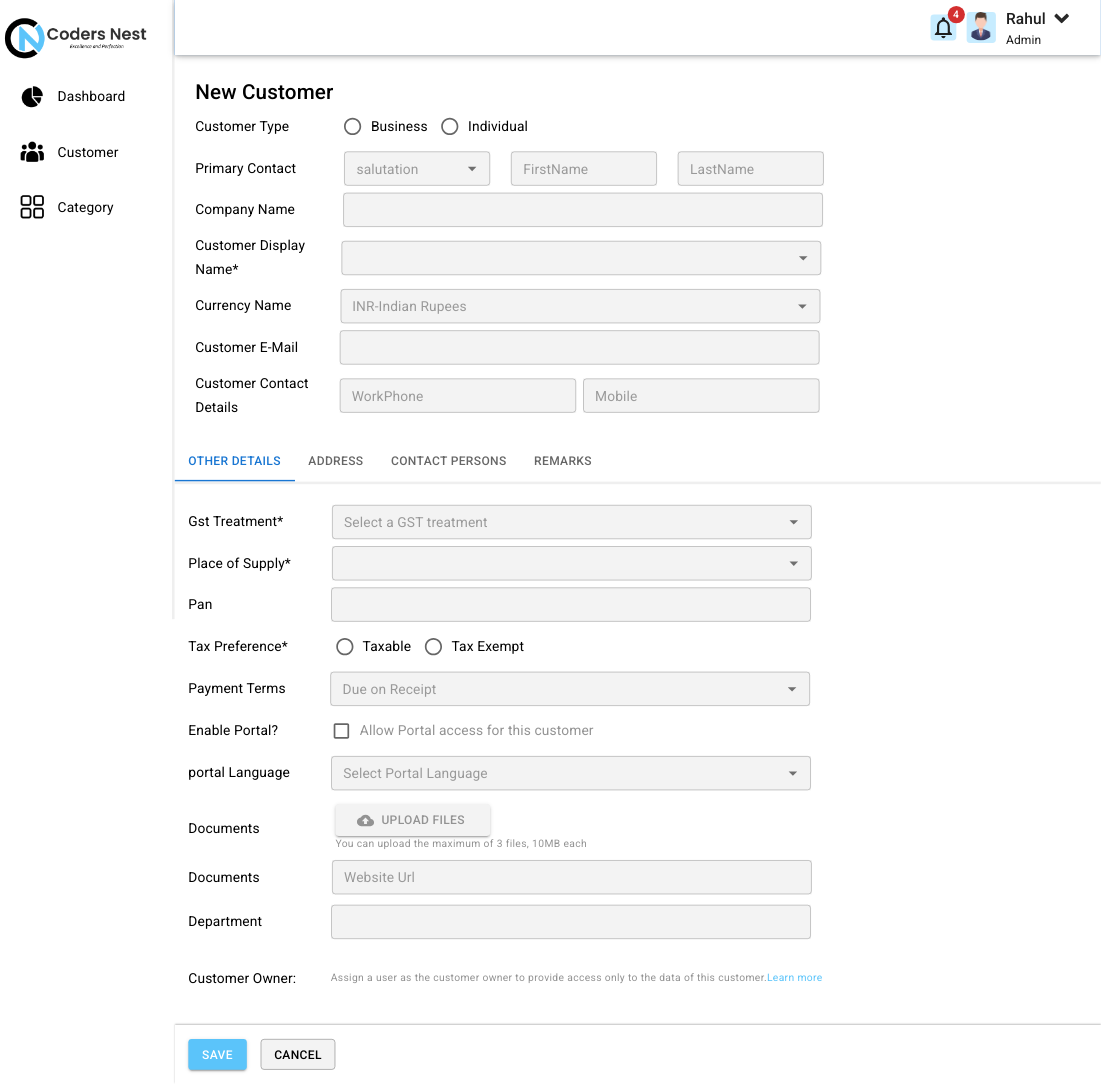
Repository: wajahadalishaik04/CN_Books
Page: /newcustomer
An editor plug-in stored every save of this project. The page is shown before and after the next save, followed by the edit.
The browser window is 1280 px wide. The pictures show the whole page, at 86% of full size.
The project was rebuilt for these pictures with package versions that can differ from the ones it lists, and the page was loaded fresh each time. Also part of the build but not shown: vite.config.js, src/pages/LoginScreen.jsx, src/pages/Signin.jsx, src/pages/OtpScreen.jsx, src/pages/SignUp.jsx, src/pages/VerifyScreen.jsx, src/components/Content.jsx, src/pages/DashboardScreen.jsx and 4 more.

Above is the page before, as saved 2024-09-19 11:08:33.

### index.html
<!DOCTYPE html>
<html lang="en">
  <head>
    <meta charset="UTF-8" />
    <link rel="preconnect" href="https://fonts.googleapis.com" />
    <link rel="preconnect" href="https://fonts.gstatic.com" crossorigin />
    <link
      rel="stylesheet"
      href="https://fonts.googleapis.com/css2?family=Roboto:wght@300;400;500;700&display=swap"
    />

    <meta name="viewport" content="width=device-width, initial-scale=1.0" />
    <title>CN_BOOKS</title>
  </head>
  <body>

    <div id="root"></div>
    <script type="module" src="/src/main.jsx"></script>
  </body>
</html>

### src/main.jsx
import { createRoot } from 'react-dom/client'
import App from './App.jsx'
import { Provider } from 'react-redux'
import store from './store/store.js'
import './styles/index.css'
createRoot(document.getElementById('root')).render(
 <Provider store={store}>
   <App />
 </Provider>
)

### src/App.jsx
import React from "react";
import LoginScreen from "./pages/LoginScreen";
import { BrowserRouter, Routes, Route, Navigate } from "react-router-dom";
import Signin from "./pages/Signin";
import { useSelector } from "react-redux";
import OtpScreen from "./pages/OtpScreen";
import SignUp from "./pages/SignUp";
import VerifyScreen from "./pages/VerifyScreen";
import DashboardScreen from "./pages/DashboardScreen";
import SideBar from "./components/SideBar";
import Header from "./components/Header";
import Customer from "./pages/Customer";
import WrapComponent from "./pages/WrapComponent";
import Category from "./pages/Category";
import NewCustomer from "./pages/customerscreens/NewCustomer";

const App = () => {
  const { user } = useSelector((e) => e.userReducer);
  return (
    <>
      <BrowserRouter>
        <Routes>
          <Route element={<WrapComponent />}>
            <Route path="/dashboardscreen" element={<DashboardScreen />} />
            <Route path="/customer" element={<Customer />} />
            <Route path="/category" element={<Category />} />
            <Route path="/newcustomer" element={<NewCustomer />} />

          </Route>
          <Route
            path="/"
            element={<Navigate to={user ? "/signin" : "/LoginScreen"} />}
          />
          <Route
            path="/signin"
            element={user ? <Navigate to={"/dashboardscreen"} /> : <Signin />}
          />
          <Route path="/loginscreen" element={<LoginScreen />} />
          <Route path="/otpscreen" element={<OtpScreen />} />
          <Route path="/signup" element={<SignUp />} />
          <Route path="/verifyscreen" element={<VerifyScreen />} />
        </Routes>
      </BrowserRouter>
    </>
  );
};

export default App;

### src/styles/index.css
*
{
    margin: 0;
    padding: 0;
    border: none;

}

### src/components/SideBar.jsx
import {
  Box,
  List,
  ListItem,
  ListItemButton,
  ListItemIcon,
  ListItemText,
  styled,
} from "@mui/material";
import React from "react";
import { Link } from "react-router-dom";  // Import Link from react-router-dom
import { images } from "../utils/ImgUtils";

const SideBar = () => {
  const StyledListItemButton = styled(ListItemButton)({
    "&:hover .MuiListItemIcon-root": {
      color: "white",
    },
    "&:hover": {
      backgroundColor: "#5BC4FA",
      color: "#fff",
      borderRadius: 8,
    },
    //dashboard white icon
    "&:hover .dashboardicon": {
      content: `url(${images.dashboardwhiteicon})`,
    },
    //customer group white icon
    "&:hover .groupcustomericon": {
      content: `url(${images.groupcustomerwhiteicon})`,
    },
    //category white icon
    "&:hover .categoryicon": {
      content: `url(${images.categorywhiteicon})`,
    },
  });

  return (
    <>
      <Box
        flex={1}
        sx={{
          width: "100%",
          maxWidth: 200,
          borderRight: "3px solid #EFEFEF",
          height: "100vh",
        }}
      >
        <Box>
        <Box flex={1} mt={2.5} >
              <img src={images.codersnestLogo} width={180} alt="" />

              </Box>
          <List>
            <ListItem disablePadding sx={{ padding: 1 }}>
              <StyledListItemButton component={Link} to="/dashboardscreen">
                <Box sx={{ display: "flex", gap: 2, alignItems: "center" }}>
                  <img
                    src={images.dashboardicon}
                    alt="Dashboard Icon"
                    className="dashboardicon"
                    style={{ width: "27px", height: "27px" }}
                  />
                  <ListItemText maxWidth={130} primary="Dashboard" />
                </Box>
              </StyledListItemButton>
            </ListItem>

            <ListItem disablePadding sx={{ padding: 1 }}>
              <StyledListItemButton component={Link} to="/customer">
                <Box sx={{ display: "flex", gap: 2, alignItems: "center" }}>
                  <img
                    src={images.groupcustomericon}
                    alt="Group Customer Icon"
                    className="groupcustomericon"
                    style={{ width: "27px", height: "27px" }}
                  />
                  <ListItemText maxWidth={130} primary="Customer" />
                </Box>
              </StyledListItemButton>
            </ListItem>

            <ListItem disablePadding sx={{ padding: 1 }}>
              <StyledListItemButton component={Link} to="/category">
                <Box sx={{ display: "flex", gap: 2, alignItems: "center" }}>
                  <img
                    src={images.categoryicon}
                    alt="category icon"
                    className="categoryicon"
                    style={{ width: "27px", height: "27px" }}
                  />
                  <ListItemText maxWidth={130} primary="Category" />
                </Box>
              </StyledListItemButton>
            </ListItem>
          </List>
        </Box>
      </Box>
    </>
  );
};

export default SideBar;

### src/components/Header.jsx
import { AppBar, Avatar, Badge, Box, Button, Menu, MenuItem, Stack, styled, Toolbar, Typography } from "@mui/material";
import React, { useState } from "react";
import { images } from "../utils/ImgUtils";
import {   NotificationsOutlined,   } from "@mui/icons-material";
import { FaAngleDown } from "react-icons/fa";
const Header =() =>
{
const StyledToolbar = styled(Toolbar)({
    display: "flex",
    justifyContent: "space-between",
    alignItems: "center",
    backgroundColor: "white",
    flexWrap:"wrap"
  });
  const IconContainer = styled(Box)({
    display: "flex",
    justifyContent:"center",
    alignItems:"center",
    gap:"12px",
    marginRight:"8px"

  })
  const [open,SetOpen] = useState(false);
  const handleOpen = ()=>
  {
    SetOpen(true)
  }
  return (
    <>
      <Box>
        <Box flex={1}>
          <AppBar position="sticky">
            <StyledToolbar>
              <Typography variant="h5"fontWeight={500}  color="black"></Typography>

              <IconContainer >
              <Badge badgeContent={4} color="error" sx={{display:{xs:"none",sm:"flex"}}}>
                <NotificationsOutlined fontSize="large" sx={{ fontSize:"30px", color:"#1E1E1E",backgroundColor:"#C7ECFF", borderRadius:"4px"}} />
              </Badge>
              <Box component={"span"} width={34}height={36} backgroundColor="#C7ECFF" borderRadius={"4px"}>
              <Avatar alt="Remy Sharp"  src={images.officemanImg} sx={{width:"33px", height:"33px"}}  />
              </Box>
              <Box sx={{display:"flex", gap:"5px"}}>
                <Box>
                <Typography variant="h6" sx={{color:"#1E1E1E",fontSize:"18px"}}>Rahul</Typography>
                <Typography variant="body2" sx={{color:"#1E1E1E"}}>Admin</Typography>
                </Box>

              <FaAngleDown onClick={handleOpen}   color=" rgba(0, 0, 0, 0.84)" fontSize={"27px"}/>
              </Box>

              {/* arrowdown icon */}
              <Menu
              sx={{position:"absolute",top:"56px"}}
        id="demo-positioned-menu"
        aria-labelledby="demo-positioned-button"

        open={open}
        onClose={e=>SetOpen(false)}
        anchorOrigin={{
          vertical: 'top',

          horizontal: 'right',
        }}
        transformOrigin={{
          vertical: 'top',
          horizontal: 'left',
        }}
      >
        <MenuItem ><Box sx={{display:"flex", alignContent:"center",marginRight:"5px"}}><img src={images.Customericon} alt="CustomerIcon" /> </Box>My Profile</MenuItem>
        <MenuItem ><Box sx={{display:"flex", alignContent:"center", marginRight:"10px"}}><img src={images.Addressicon}width={"25px"} alt="AddressIcon" /></Box> My Address</MenuItem>
        <MenuItem ><Box sx={{display:"flex", alignContent:"center", marginRight:"10px"}}><img src={images.Passwordicon}width={"25px"} alt="PasswordIcon" /></Box>Change Password</MenuItem>
        <MenuItem ><Box sx={{display:"flex", alignContent:"center", marginRight:"9px"}}><img src={images.Accounticon}width={"25px"} alt="AccountIcon" /></Box>Close Your Account</MenuItem>
        <MenuItem ><Box sx={{display:"flex", alignContent:"center", marginRight:"10px"}}><img src={images.Logouticon}width={"25px"} alt="LogoutIcon" /></Box>Logout</MenuItem>
      </Menu>
              </IconContainer>
            </StyledToolbar>
          </AppBar>
        </Box>
      </Box>
    </>
  );
};
export default Header

### src/pages/WrapComponent.jsx
import { Box } from "@mui/material";
import React from "react";
import SideBar from "../components/SideBar";
import Header from "../components/Header";
import { Outlet } from "react-router-dom";

const WrapComponent = () => {
  return (
    <>
      <Box sx={{ display: "flex" }}>
        <SideBar />
        <Box flex={1}>
          <Header />
          <Outlet/>
        </Box>
      </Box>
    </>
  );
};

export default WrapComponent;

Loaded but not shown: src/utils/ImgUtils.js (34 lines, source omitted); src/store/reducer.js (9 lines, source omitted); src/store/store.js (7 lines, source omitted); src/pages/customerscreens/NewCustomer.jsx (1076 lines, source omitted)

After the next save:
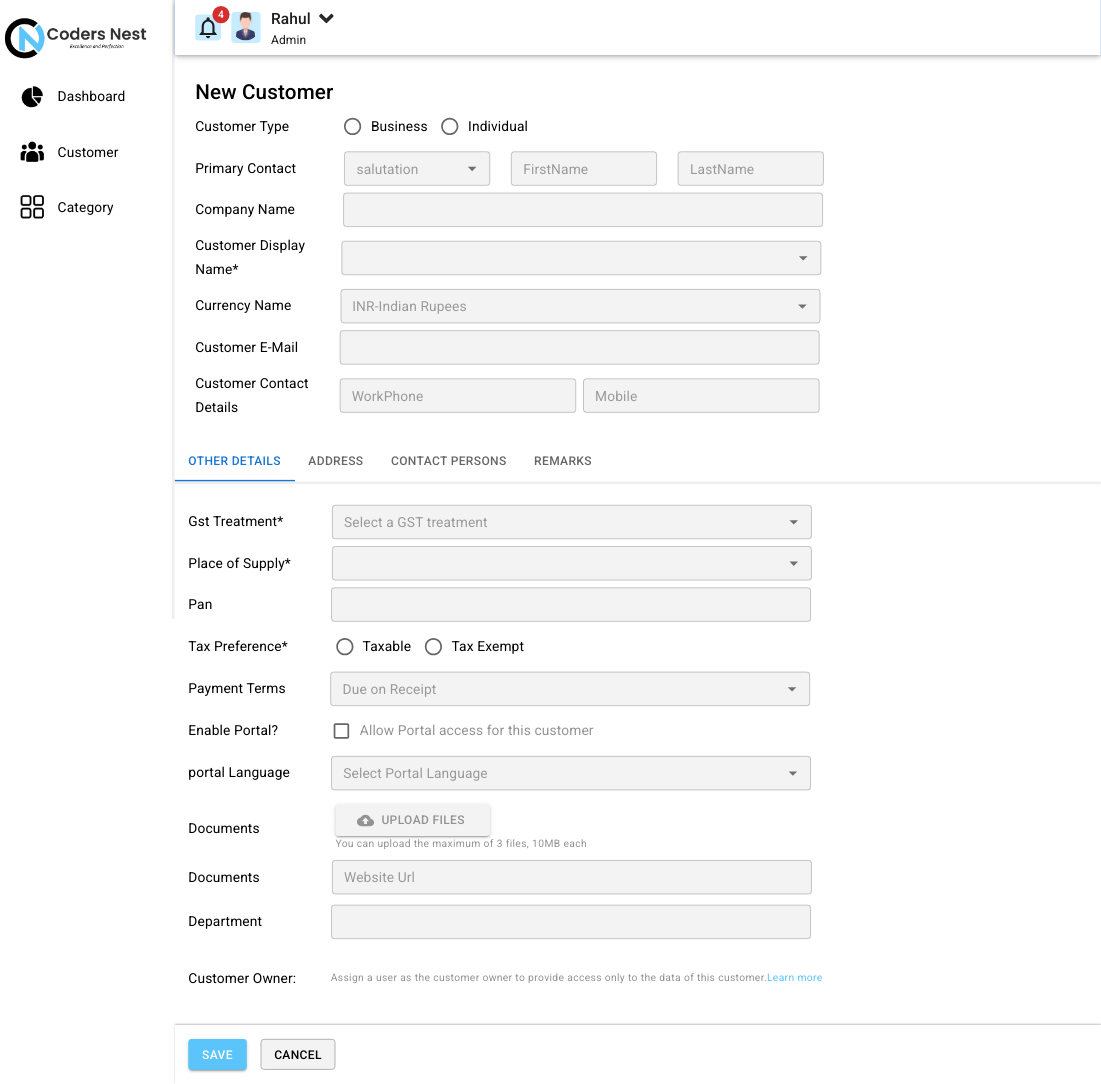
Saved 55 s later.
--- a/src/components/Header.jsx
+++ b/src/components/Header.jsx
@@ -7,7 +7,7 @@
 {
 const StyledToolbar = styled(Toolbar)({
     display: "flex",
-    justifyContent: "space-between",
+    justifyContent: "flex",
     alignItems: "center",
     backgroundColor: "white",
     flexWrap:"wrap"

After the save that followed:
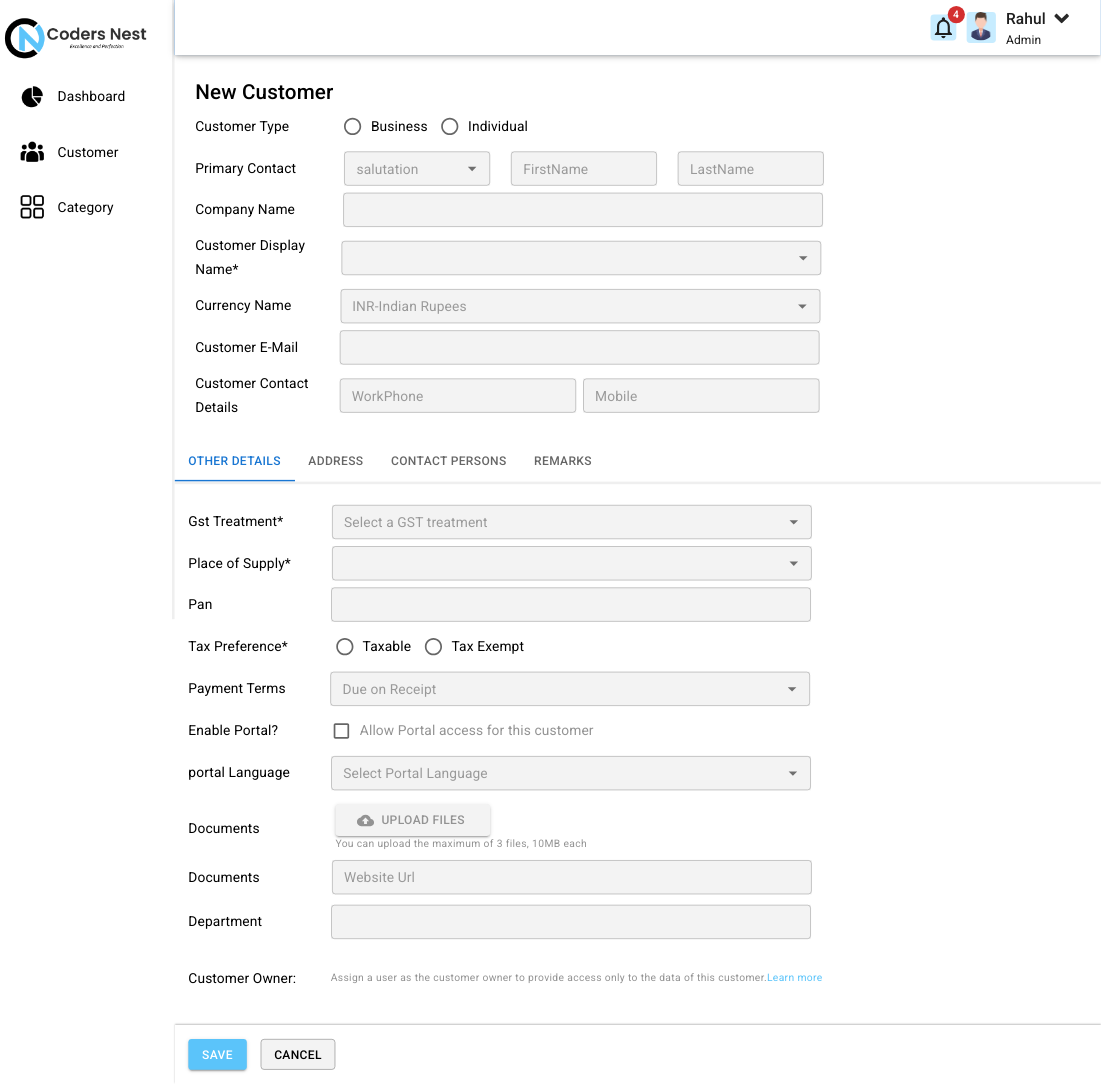
Saved 4 s later.
--- a/src/components/Header.jsx
+++ b/src/components/Header.jsx
@@ -7,7 +7,7 @@
 {
 const StyledToolbar = styled(Toolbar)({
     display: "flex",
-    justifyContent: "flex",
+    justifyContent: "flex-end",
     alignItems: "center",
     backgroundColor: "white",
     flexWrap:"wrap"
